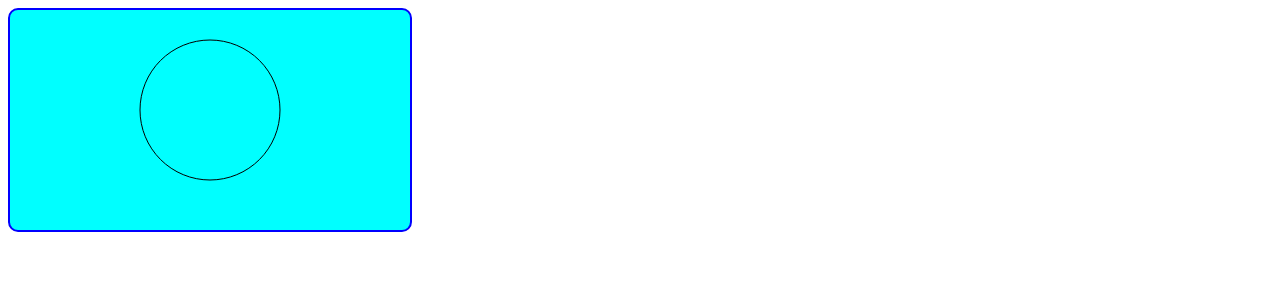
Repository: Tan-Khang21/TH_TKW--Buoi_05
Page: Bai_Tap_Ve_Nha/Bai_01/canvas10.html
An editor plug-in stored every save of this project. The page is shown before and after the next save, followed by the edit.
The browser window is 1280 px wide. The pictures show the whole page.

Above is the page before, as saved 2024-03-10 21:34:24.

After the next save:
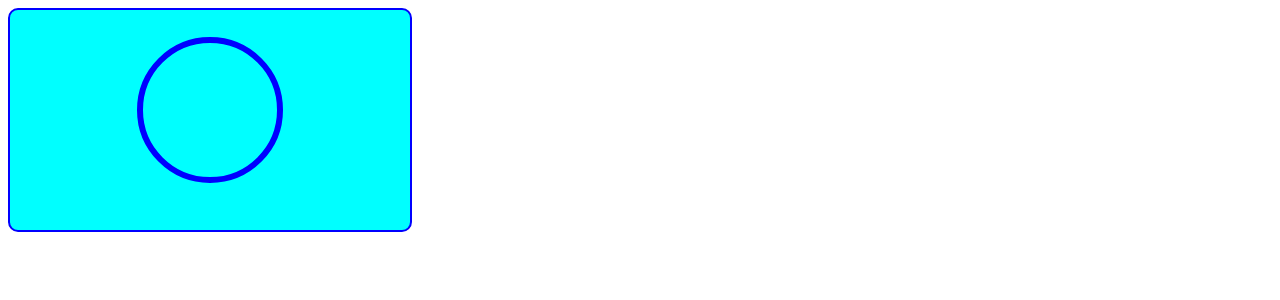
Saved 7 s later.
--- a/Bai_Tap_Ve_Nha/Bai_01/canvas10.html
+++ b/Bai_Tap_Ve_Nha/Bai_01/canvas10.html
@@ -21,8 +21,8 @@
         ctx = canvas.getContext("2d");
       ctx.beginPath();
       ctx.arc(200, 100, 70, 0, 2 * Math.PI);
-      //   ctx.strokeStyle = "blue";
-      //   ctx.lineWidth = 6;
+      ctx.strokeStyle = "blue";
+      ctx.lineWidth = 6;
       ctx.stroke();
     </script>
   </body>
